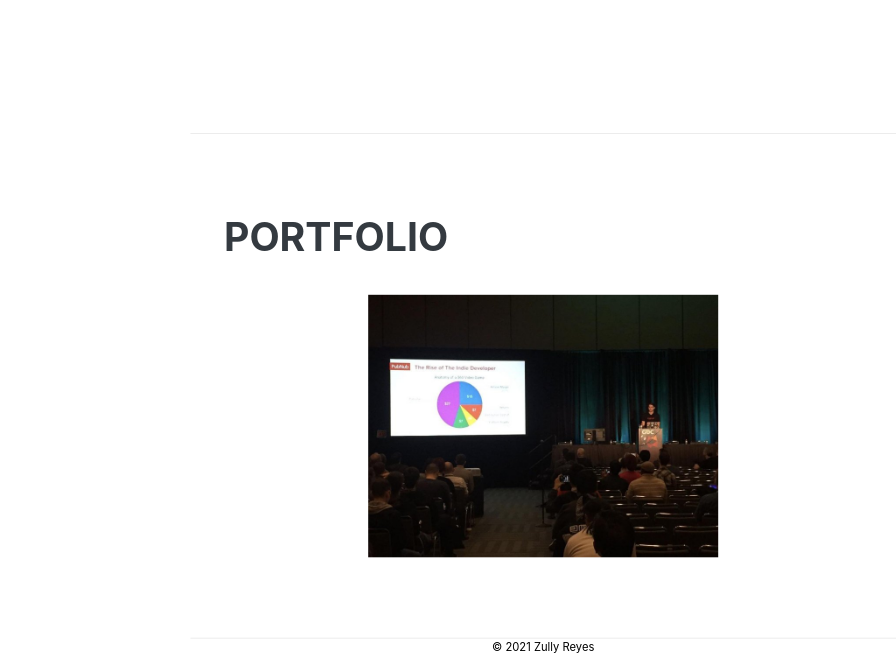
Repository: zreye/ZullyReyes-Resume
Page: LearnCS8-Resume/index.html
The author's editor kept a record of every edit. The page is drawn from the files as they stood at one moment, then again after the next edit.
The browser window is 1280 px wide. The pictures show the part of the page from y = 2193 to 4113 px (the page is 3153 px tall before and 3926 px after), at 70% of full size.
Some web fonts or font styles are not loaded; a fallback is used.

Above is the page before.

### LearnCS8-Resume/index.html
<!DOCTYPE html>
<html lang="en">

<head>

  <meta charset='UTF-8'>
  <meta name="viewport" content="width=device-width, initial-scale=1, shrink-to-fit=no">
  <link rel="shortcut icon" href="img/resumeimage.ico">
  <meta name="description" content="Resume for Zully Reyes">
  <meta name="author" content="862274566">

  <title>Zully Reyes - sociologist</title>

  <!-- Bootstrap core CSS -->
  <link href="vendor/bootstrap/css/bootstrap.min.css" rel="stylesheet">

  <!-- Custom fonts for this template -->
  <link href="https://fonts.googleapis.com/css?family=Saira+Extra+Condensed:500,700" rel="stylesheet">
  <link href="https://fonts.googleapis.com/css?family=Muli:400,400i,800,800i" rel="stylesheet">
  <link href="vendor/fontawesome-free/css/all.min.css" rel="stylesheet">

  <!-- Custom styles for this template -->
  <link href="css/resume.min.css" rel="stylesheet">

</head>

<body id="page-top">
  <nav class="navbar navbar-expand-lg navbar-dark bg-primary fixed-top" id="sideNav">
    <a class="navbar-brand js-scroll-trigger" href="#page-top">
      <span class="d-block d-lg-none">Zully Reyes</span>
      <span class="d-none d-lg-block">
        <img class="img-fluid img-profile rounded-circle mx-auto mb-2" src="img/zullyreyes.jpg" alt="Profile Picture">
      </span>
    </a>
    <button class="navbar-toggler" type="button" data-toggle="collapse" data-target="#navbarSupportedContent" aria-controls="navbarSupportedContent" aria-expanded="false" aria-label="Toggle navigation">
      <span class="navbar-toggler-icon"></span>
    </button>
    <div class="collapse navbar-collapse" id="navbarSupportedContent">
      <ul class="navbar-nav">
        <li class="nav-item">
          <a class="nav-link js-scroll-trigger" href="#about">About</a>
        </li>
        <li class="nav-item">
          <a class="nav-link js-scroll-trigger" href="#experience">Experience</a>
        </li>
        <li class="nav-item">
          <a class="nav-link js-scroll-trigger" href="#education">Education</a>
        </li>
        <li class="nav-item">
          <a class="nav-link js-scroll-trigger" href="#portfolio">Portfolio</a>
        </li>
      </ul>
    </div>
  </div>
  </nav>

  <div class="container-fluid p-0">

    <section class="resume-section p-3 p-lg-5 d-flex align-items-center" id="about">
      <div class="w-100">
        <h1 class="mb-3">Zully Reyes
        </h1>
        <div class="subheading mb-5">Sociologist 🔎</div>
        <p class="lead mb-4">Enter bio here<br><br>

        Enter bio here<br><br>

        Enter bio here
        </p>
        <div class="social-icons">
          <a target="_blank" id="socialicon-1" href="https://www.linkedin.com/in/zully-reyes-8aa049225/">
            <i class="fab fa-linkedin-in"></i>
          </a>
          <a target="_blank" id="socialicon-2" href="https://github.com/zreye">
            <i class="fab fa-github"></i>
          </a>
          <a target="_blank" id="socialicon-3" href="https://twitter.com/zullyreyy?lang=en">
            <i class="fab fa-twitter"></i>
          </a>
          <a target="_blank" id="socialicon-4" href="mailto:zreye005@ucr.edu">
            <i class="fa fa-envelope"></i>
          </a>
        </div>
      </div>
    </section>

    <hr class="m-0">

    <section class="resume-section p-3 p-lg-5 d-flex justify-content-center" id="experience">
      <div class="w-100">
        <h2 class="mb-5">Experience</h2>

        <div class="resume-item d-flex flex-column flex-md-row justify-content-between mb-5 experience">
          <div class="resume-content">
            <h3 class="mb-0">Community Voluteer</h3>
            <div class="subheading mb-3"><a target="_blank" href="https://yourcompany.com">Palm Springs</a></div>
            <p>
              • Volunteered for Palm Springs Women Club<br>
              • Assisted at the Mizell Senior Center<br>
              • Helped during Palm Springs National Night Out<br>
            </p>
          </div>
          <div class="resume-date text-md-right">
            <span class="text-primary">August 2018 - Present</span>
          </div>
        </div>

        <div class="resume-item d-flex flex-column flex-md-row justify-content-between mb-5 experience">
          <div class="resume-content">
            <h3 class="mb-0">Palm Springs High School Vice President</h3>
            <div class="subheading mb-3"><a target="_blank" href="https://wholefoods.com">Palm Springs High School</a></div>
            <p>
              • Responsible for organizing senior events<br>
              •In charge of senior class expenses<br>
            </p>
          </div>
          <div class="resume-date text-md-right">
            <span class="text-primary">August 2020 - June 2021</span>
          </div>
        </div>


        <div class="resume-item d-flex flex-column flex-md-row justify-content-between mb-5 experience">
          <div class="resume-content">
            <h3 class="mb-0">Childcare Assistant</h3>
            <div class="subheading mb-3"><a target="_blank" href="https://ucr.edu">Cathedral City Childcare</a></div>
            <p>
            • Assisted with children's meal time<br>
            • Maintained area cleansed<br>
            • Provided emotional support for children<br>

          </p>
          </div>
          <div class="resume-date text-md-right">
            <span class="text-primary">March 2020 - July 2021</span>
          </div>
        </div>



      </div>

    </section>

    <hr class="m-0">

    <section class="resume-section p-3 p-lg-5 d-flex align-items-center" id="education">
      <div class="w-100">
        <h2 class="mb-5">Education</h2>

        <div class="resume-item d-flex flex-column flex-md-row justify-content-between mb-5 education">
          <div class="resume-content">
            <h3 class="mb-0">UC Riverside</h3>
            <div class="subheading mb-3">Bachelor of Arts</div>
            <div>BA in Sociology</div>
          </div>
          <div class="resume-date text-md-right">
            <span class="text-primary">September 2021 - June 2025</span>
          </div>
        </div>


      </div>
    </section>

    <hr class="m-0">

    <section class="resume-section p-1 p-lg-5 d-flex align-items-center" id="portfolio">
      <div class="w-100">
        <h2 class="mb-5">Portfolio</h1>
        <center>
            <img src="img/image2.jpeg" width="500px">
        </center>
      </div>
    </section>

    <hr class="m-0">
    <center>&copy; <script type="text/javascript">
  document.write(new Date().getFullYear());
  </script> Zully Reyes</center><br>
  </div>
  <!-- Bootstrap core JavaScript -->
  <script src="vendor/jquery/jquery.min.js"></script>
  <script src="vendor/bootstrap/js/bootstrap.bundle.min.js"></script>

  <!-- Plugin JavaScript -->
  <script src="vendor/jquery-easing/jquery.easing.min.js"></script>

  <!-- Custom scripts for this template -->
  <script src="js/resume.min.js"></script>
</body>
</html>

Loaded but not shown: LearnCS8-Resume/vendor/bootstrap/css/bootstrap.min.css (library); LearnCS8-Resume/vendor/fontawesome-free/css/all.min.css (library); LearnCS8-Resume/css/resume.min.css (library); LearnCS8-Resume/vendor/jquery/jquery.min.js (library); LearnCS8-Resume/vendor/bootstrap/js/bootstrap.bundle.min.js (library); LearnCS8-Resume/vendor/jquery-easing/jquery.easing.min.js (common file); LearnCS8-Resume/js/resume.min.js (common file)

After the next edit:
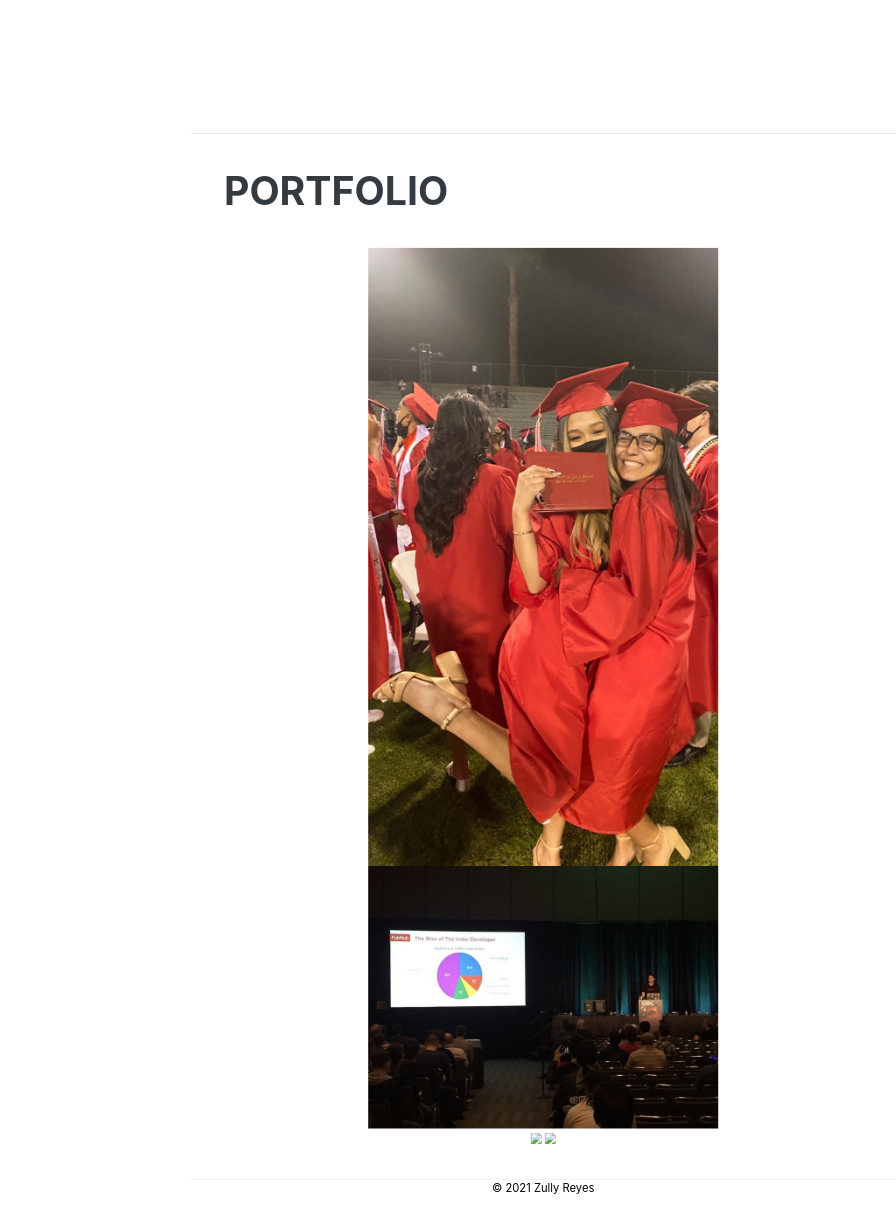
Not found: LearnCS8-Resume/img/image3.jpeg
Not found: LearnCS8-Resume/img/image4.jpeg
The edit:
--- a/LearnCS8-Resume/index.html
+++ b/LearnCS8-Resume/index.html
@@ -169,7 +169,10 @@
       <div class="w-100">
         <h2 class="mb-5">Portfolio</h1>
         <center>
-            <img src="img/image2.jpeg" width="500px">
+            <img src="img/image1.jpg" width="500px">
+             <img src="img/image2.jpeg" width="500px"><br>
+            <img src="img/image3.jpeg" width="500px">
+            <img src="img/image4.jpeg" width="500px"><br>
         </center>
       </div>
     </section>

After the edit that followed:
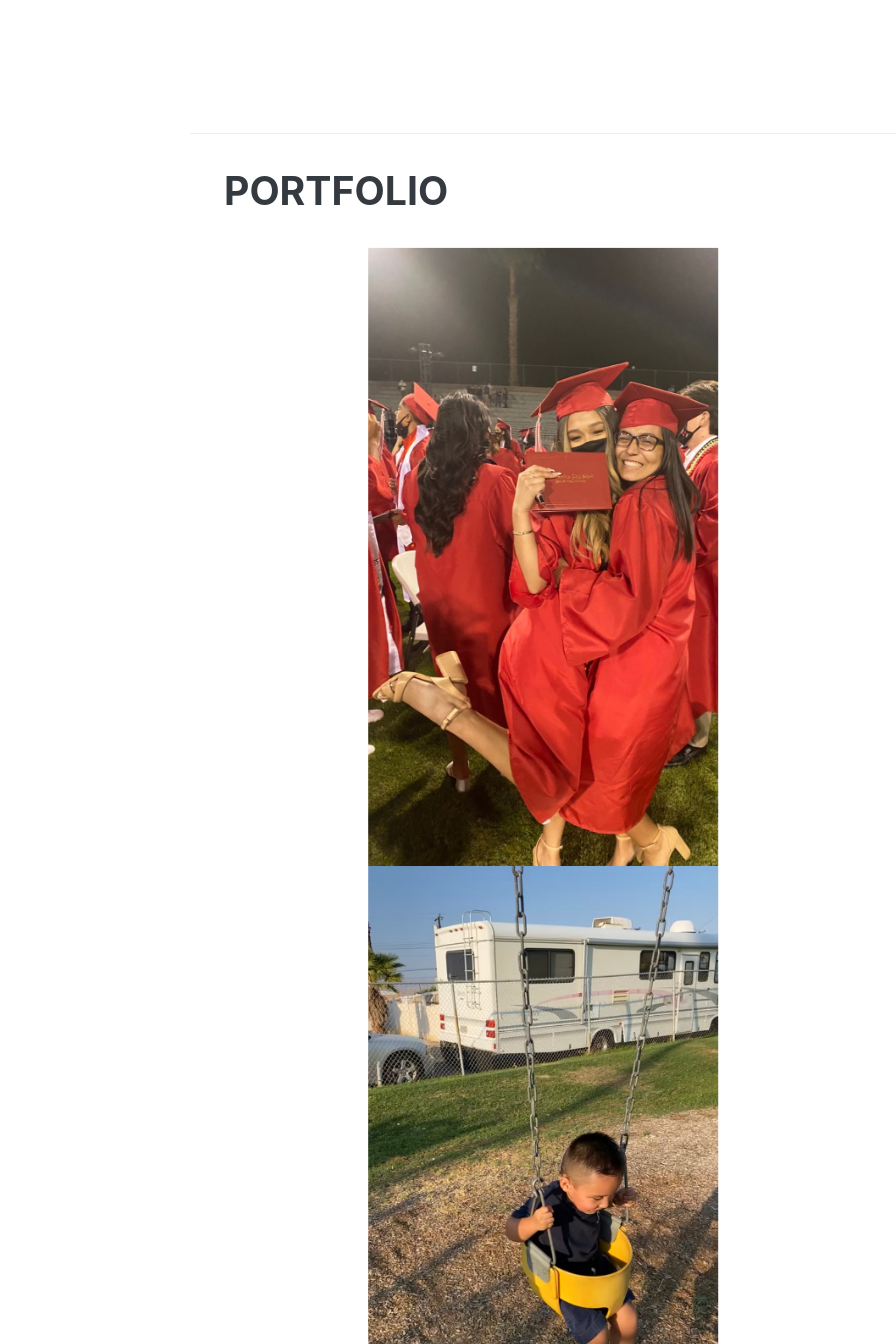
The edit:
--- a/LearnCS8-Resume/index.html
+++ b/LearnCS8-Resume/index.html
@@ -170,9 +170,9 @@
         <h2 class="mb-5">Portfolio</h1>
         <center>
             <img src="img/image1.jpg" width="500px">
-             <img src="img/image2.jpeg" width="500px"><br>
-            <img src="img/image3.jpeg" width="500px">
-            <img src="img/image4.jpeg" width="500px"><br>
+            <img src="img/image2.jpg" width="500px"><br>
+            <img src="img/image3.jpg" width="500px">
+            <img src="img/image4.jpg" width="500px"><br>
         </center>
       </div>
     </section>
